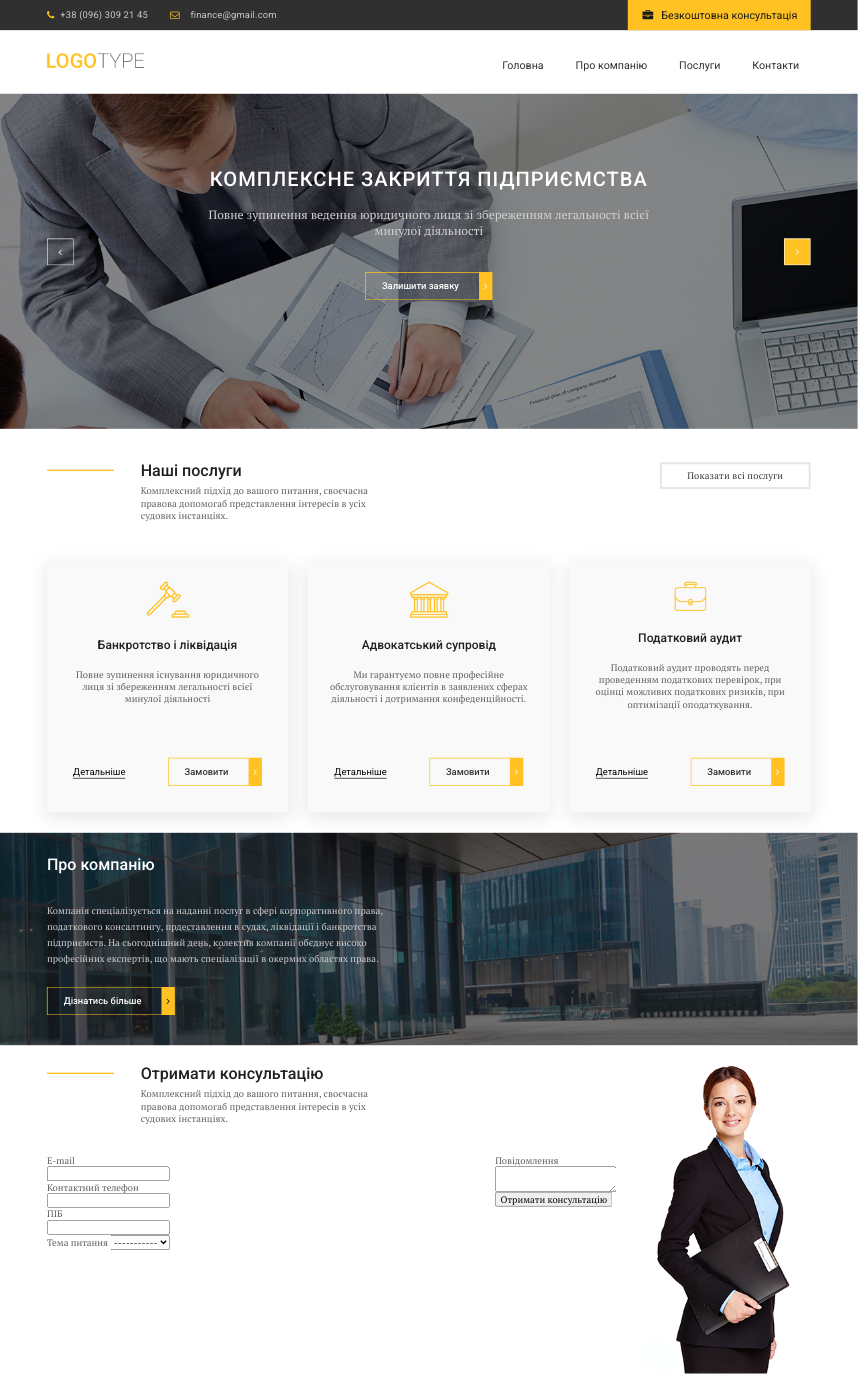
Repository: oliachipko/companysait
Page: index.html
An editor plug-in stored every save of this project. The page is shown before and after the next save, followed by the edit.
The browser window is 1280 px wide. The pictures show the whole page, at 67% of full size.

Above is the page before, as saved 2020-11-20 03:59:35.

### index.html
<!DOCTYPE html>
<html lang="en">
  <head>
    <meta charset="UTF-8" />
    <meta name="viewport" content="width=device-width, initial-scale=1.0" />
    <title>Document</title>
    <link rel="preconnect" href="https://fonts.gstatic.com" />
    <link href="https://fonts.googleapis.com/css2?family=PT+Serif:wght@400;700&family=Roboto:wght@400;500;700&display=swap"
      rel="stylesheet"/>
    <link rel="stylesheet" href="css/normalize.css" />
    <link rel="stylesheet" href="css/fonts.css" />
    <link rel="stylesheet" href="css/jquery.fancybox.min.css" />
    <link rel="stylesheet" href="css/slick.css" />
    <link rel="stylesheet" href="css/style.css" />
  </head>
  <body>
    <header class="header">
      <div class="header__top">
        <div class="container">
          <div class="header__contacts">
            <a class="header__phone" href="tel:380963092145">+38 (096) 309 21 45</a>
            <a class="header__email" href="#">finance@gmail.com</a>
            <a data-fancybox data-src="#modal" href="javascript:;" href="#" class="header__btn">
              Безкоштовна консультація
            </a>
          </div>
        </div>
      </div>
      <div class="header__content">
        <div class="container">
          <div class="header__content-inner">
            <div class="header__logo">
              <a href="#">
                <img src="img/logo.png" alt="" />
              </a>
            </div>
            <nav class="menu">
              <ul>
                <li><a href="#">Головна</a></li>
                <li><a href="#">Про компанію</a></li>
                <li><a href="#">Послуги</a></li>
                <li><a href="#">Контакти</a></li>
              </ul>
            </nav>
          </div>
        </div>
      </div>
    </header>
    <section class="slider">
      <div class="container">
        <div class="slider__inner">
          <div class="slider__item">
            <div class="slider__item-content">
              <div class="slider__title">КОМПЛЕКСНЕ ЗАКРИТТЯ ПІДПРИЄМСТВА</div>
              <div class="slider__text">
                Повне зупинення ведення юридичного лиця зі збереженням
                легальності всієї минулої діяльності
              </div>
              <a data-fancybox data-src="#modal" href="javascript:;" class="slider__btn default-btn">
                Залишити заявку
              </a>
            </div>
          </div>

          <div class="slider__item">
            <div class="slider__item-content">
              <div class="slider__title">КОМПЛЕКСНЕ ЗАКРИТТЯ ПІДПРИЄМСТВА</div>
              <div class="slider__text">
                Повне зупинення ведення юридичного лиця зі збереженням
                легальності всієї минулої діяльності
              </div>
              <a data-fancybox data-src="#modal" href="javascript:;" class="slider__btn default-btn">
                Залишити заявку
              </a>
            </div>
          </div>

          <div class="slider__item">
            <div class="slider__item-content">
              <div class="slider__title">КОМПЛЕКСНЕ ЗАКРИТТЯ ПІДПРИЄМСТВА</div>
              <div class="slider__text">
                Повне зупинення ведення юридичного лиця зі збереженням
                легальності всієї минулої діяльності
              </div>
              <a data-fancybox data-src="#modal" href="javascript:;"class="slider__btn default-btn">
                Залишити заявку
              </a>
            </div>
          </div>
        </div>
      </div>
    </section>
    <section class="services">
      <div class="container">
        <div class="services__top">
          <div class="services__title-box">
            <div class="services__title">Наші послуги</div>
            <div class="services__text">
              Комплексний підхід до вашого питання, своєчасна правова допомогаб
              представлення інтересів в усіх судових інстанціях.
            </div>
          </div>
          <div class="services__btn">
          <a href="" class="services__btn"> Показати всі послуги </a>
        </div>
      </div>
      <div class="services__items">
        <div class="services__item">
          <img src="img/about-1.png" alt="">
          <div class="services__item-title">
            Банкротство і ліквідація
          </div>
          <div class="services__item-text">
            Повне зупинення існування юридичного лиця зі збереженням легальності всієї
            минулої діяльності
          </div>
          <div class="services__item-btn">
            <a class="services__item-link" href="#">Детальніше</a>
            <a data-fancybox data-src="#modal" href="javascript:;" class="default-btn">
                Замовити
            </a>
          </div>
        </div>

        <div class="services__item">
          <img src="img/about-2.png" alt="">
          <div class="services__item-title">
            Адвокатський супровід
          </div>
          <div class="services__item-text">
            Ми гарантуємо повне професійне обслуговування клієнтів в заявлених сферах
            діяльності і дотримання конфеденційності.
          </div>
          <div class="services__item-btn">
            <a class="services__item-link" href="#">Детальніше</a>
            <a data-fancybox data-src="#modal" href="javascript:;" class="default-btn">
                Замовити
            </a>
          </div>
        </div>

        <div class="services__item">
          <img src="img/about-3.png" alt="">
          <div class="services__item-title">
            Податковий аудит
          </div>
          <div class="services__item-text">
            Податковий аудит проводять перед проведенням податкових перевірок, при оцінці можливих
            податкових ризиків, при оптимізації оподаткування.
          </div>
          <div class="services__item-btn">
            <a class="services__item-link" href="#">Детальніше</a>
            <a data-fancybox data-src="#modal" href="javascript:;" class="default-btn">
                Замовити
            </a>
          </div>
        </div>
      </div>
    </section>
    <section class="about">
      <div class="container">
        <div class="about__inner">
        <div class="about__title">
          Про компанію
        </div>
        <div class="about__text">
          Компанія спеціалізується на наданні послуг в сфері корпоративного права, податкового
          консалтингу, прдеставлення в судах, ліквідації і банкротства підприємств. На
          сьогоднішний день, колектив компанії обєднує
          високо професійних експертів, що мають
          спеціалізації в окермих областях права.

        </div>
        <a  href="#" class="about__btn default-btn">
          Дізнатись більше
      </a>

      </div>
    </div>
    </section>
    <section class="form">
     <div class="container">
       <div class="form__inner">
         <div class="form__content">
          <div class="form__title-box">
            <div class="form__title">
              Отримати консультацію
            </div>
            <div class="form__text">
              Комплексний підхід до вашого питання, своєчасна правова допомогаб
              представлення інтересів в усіх судових інстанціях.
            </div>
          </div>
          <div class="form__box">
            <form>
              <div class="form__box-inner">
                <div class="form__box-left">
                  <label>
                  E-mail
                    <input type="text">
                  </label>
                  <label>
                  Контактний телефон
                    <input type="text">
                  </label>
                  <label>
                  ПІБ
                    <input type="text">
                  </label>
                  <label>
                    Тема питання
                    <select>
                      <option>-----------</option>
                      <option>-----------</option>
                      <option>-----------</option>
                      <option>-----------</option>
                    </select>
                  </label>

                </div>
                <div class="form__box-right">
                  <label>
                    Повідомлення
                    <textarea></textarea>
                  </label>
                  <button type="submit">Отримати консультацію</button>
                </div>
              </div>
            </form>
          </div>

         </div>
       </div>
     </div>
    </section>




    <div id="modal">
      <h2>Hello!</h2>
      <p>You are awesome!</p>
    </div>

    <script src="https://ajax.googleapis.com/ajax/libs/jquery/3.5.1/jquery.min.js"></script>
    <script src="js/jquery.fancybox.min.js"></script>
    <script src="js/slick.min.js"></script>
    <script src="js/main.js"></script>
  </body>
</html>

### css/fonts.css
@font-face {
  font-family: 'icomoon';
  src:  url('../fonts/icomoon.eot?nqt5zc');
  src:  url('../fonts/icomoon.eot?nqt5zc#iefix') format('embedded-opentype'),
    url('../fonts/icomoon.ttf?nqt5zc') format('truetype'),
    url('../fonts/icomoon.woff?nqt5zc') format('woff'),
    url('../fonts/icomoon.svg?nqt5zc#icomoon') format('svg');
  font-weight: normal;
  font-style: normal;
  font-display: block;
}

[class^="icon-"], [class*=" icon-"] {
  /* use !important to prevent issues with browser extensions that change fonts */
  font-family: 'icomoon' !important;
  speak: never;
  font-style: normal;
  font-weight: normal;
  font-variant: normal;
  text-transform: none;
  line-height: 1;

  /* Better Font Rendering =========== */
  -webkit-font-smoothing: antialiased;
  -moz-osx-font-smoothing: grayscale;
}

.icon-envelope-o:before {
  content: "\f003";
}
.icon-check:before {
  content: "\f00c";
}
.icon-map-marker:before {
  content: "\f041";
}
.icon-phone:before {
  content: "\f095";
}
.icon-briefcase:before {
  content: "\f0b1";
}
.icon-bars:before {
  content: "\f0c9";
}
.icon-navicon:before {
  content: "\f0c9";
}
.icon-reorder:before {
  content: "\f0c9";
}
.icon-angle-left:before {
  content: "\f104";
}
.icon-angle-right:before {
  content: "\f105";
}
.icon-quote-left:before {
  content: "\f10d";
}
.icon-quote-right:before {
  content: "\f10e";
}
.icon-ellipsis-v:before {
  content: "\f142";
}

### css/style.css
* {
    box-sizing: border-box;
}

a{
    text-decoration: none;
    display: inline-block;
}

ul,
li{
    list-style: none;
    margin: 0;
    padding: 0;
}
.container{
    max-width: 1170px;
    margin: 0 auto;
    padding: 0 15px;
}

body{
    font-family: 'PT Serif', serif;
    /*font-family: 'Roboto', sans-serif;*/
    font-weight: 400px;
    font-size: 14px;
    line-height: 18px;
    color: #5e5e5e;

}
header {
    font-family: 'Roboto', sans-serif;
}
.header__top{
   background-color: #303030;
}
.header__btn {
    float: right;
    line-height: 36px;
    color: #1b1b1b;
    background-color: #ffc222;
    padding: 5px 20px 4px 50px;
    font-size: 16px;
    position: relative;
}
.header__btn:before {
    content: "\f0b1";
    font-family: 'icomoon';
    position: absolute;
    left: 22px;
    color: #1b1b1b;
}
.header__contacts:after {
    content: "";
    clear: both;
    display: block;
}
.header__phone,
.header__email {
    color:#cbcacb;
    letter-spacing: 0.25px;
    line-height: 45px;
    position: relative;
}
.header__phone {
    padding-left: 20px;
    padding-right: 30px;
}
.header__phone:before {
    content: "\f095";
    font-family: 'icomoon';
    position: absolute;
    left: 0;
    color: #ffc222;
}
.header__email{
    padding-left: 30px;
}
.header__email:before {
    content: "\f003";
    font-family: 'icomoon';
    position: absolute;
    left: 0;
    color: #ffc222;
}
.header__content {
    padding: 34px 0px 23px;
}
.header__content-inner{
    display: flex;
    justify-content: space-between;
}
.menu li {
    display: inline-block;
}
.menu a{
    color: #323232;
    font-size: 16px;
    line-height: 36px;
    border: 1px solid transparent;
    padding: 0px 16px;
    transition: all .3s;
}
.menu a:hover {
    border-color: #ffc222;
}
.menu li + li{
    padding-left: 10px;
}
#modal {
    display: none;
}
.slider{
    background-image: url(../img/slider-fon.jpg);
    background-repeat: no-repeat;
    background-size: cover;
    background-position: center;
    min-height: 500px;
}
.slider__item-content{
    text-align: center;
    padding-top: 110px;
    max-width: 665px;
    margin: 0 auto;
}
.slider__title{
    text-transform: uppercase;
    font-size: 30px;
    line-height: 36px;
    color: white;
    font-weight: 500;
    letter-spacing: 1.5px;
    margin-bottom: 22px;
    font-family: 'Roboto', sans-serif;
}
.slider__text{
    line-height: 24px;
    font-size: 18px;
    color: #d3d2d2;
    margin-bottom: 50px;
}

.default-btn {
    display: inline-block;
    color: white;
    font-size: 14px;
    line-height: 24px;
    font-weight: 500;
    font-family: 'Roboto', sans-serif;
    padding: 8px 30px 8px 24px;
    border: 1px solid #ffc222;
    border-right-width: 20px;
    position: relative;
    z-index: 2;
    outline: none;
}
.default-btn:after {
    content: "\f105";
    font-family: 'icomoon';
    position: absolute;
    top: 50%;
    transform: translateY(-50%);
    right: -12px;
}


.slider__inner {
    position: relative;
}
.slick-btn {
    position: absolute;
    top: 70%;
    z-index: 3;
    width: 40px;
    height: 40px;
    border: 1px solid white;
    cursor: pointer;
    outline: none;
    background-color: #ffc222;
}
.slick-btn.slick-disabled {
    cursor: default;
    background-color: transparent;

}
.slick-btn:before{
    position: absolute;
    top: 50%;
    left: 50%;
    transform: translate(-50%, -50%);
    font-family: 'icomoon';
    color: white;

}
.slick-next:before{
    content: "\f105";
}
.slick-prev:before {
    content: "\f104";
}
.slick-next{
    right: 0;
}
.slick-prev{
    left: 0;
}
.services {
    padding: 50px 0px 30px;
}
.services__top{
    display: flex;
    justify-content: space-between;
    margin-bottom: 60px;
}
.services__title-box,
.form__title-box{
    max-width: 520px;
    padding-left: 140px;
    position: relative;
}
.services__title-box:before,
.form__title-box:before {
    content: "";
    position: absolute;
    width: 100px;
    height: 2px;
    background-color: #ffc222;
    left: 0;
    top: 11px;
}
.services__title,
.form__title{
    font-size: 24px;
    font-weight: 500;
    line-height: 24px;
    color: #212020;
    font-family: 'Roboto', sans-serif;
    margin-bottom: 10px;
}
.services__text,
.form__text{
    letter-spacing: 0.1px;
}
.services__btn a{
    color: #373636;
    line-height: 24px;
    letter-spacing: 0.25px;
    padding: 5px 38px;
    border: 3px solid #e6e6e6;
}
.services__items {
    display: flex;
    justify-content: space-between ;
}
.services__item {
    max-width: 360px;
    text-align: center;
    padding: 30px 0px 80px;
    position: relative;
    min-height: 375px;
    background-color: #f9f9f9;
    box-shadow: 0px 7px 24.3px 2.7px rgba(91, 89, 89, 0.14);
}
.services__item-title{
    color: #212020;
    font-size: 18px;
    line-height: 24px;
    font-weight: 500;
    font-family: 'Roboto', sans-serif;
    padding: 24px 0;
}
.services__item-text{
    letter-spacing: 0.1px;
    padding: 0px 30px 30px;
}
.services__item-btn {
    position: absolute;
    bottom: 40px;
    left: 0;
    right: 0;
}
.services__item-btn .default-btn {
    color: #373636;

}
.services__item-btn .default-btn:after {
    color: #ffffff;
}
.services__item-link{
    color: #050505;
    font-family: 'Roboto', sans-serif;
    border-bottom: 1px solid #050505 ;
    margin-right: 60px;
}
.about {
    background-image: url(../img/about-fon.jpg);
    background-size: cover;
    background-position: center;
    min-height: 300px;
    background-repeat: no-repeat;
    padding: 25px 0px 45px;

}
.about__inner{
    max-width: 545px;
}
.about__title{
    padding: 10px 0px 25px;
    margin-bottom: 20px;
    font-size: 24px;
    line-height: 24px;
    color: #fff;
    font-weight: 500;
    font-family: 'Roboto', sans-serif;
}
.about__text {
    margin-bottom: 30px;
    letter-spacing: 0.1px;
    line-height: 24px;
    color: #d3d2d2;
}
.about__btn.default-btn:after {
    color: #000;
}
.form {
    padding-top: 30px;
}
.form__inner {
    padding-bottom: 40px;
    background-image: url(../img/form-fon.png);
    min-height: 460px;
    background-repeat: no-repeat;
    background-position: bottom right;
}
.form__box{
    max-width: 850px;
    padding-top: 45px;
}
.form__box-inner {
    display: flex;
    justify-content: space-between;
}
.form__box-left{
    max-width: 260px;

}
.form__box-right{
    max-width: 555px;
}
.form__box-inner label,
.form__box-inner input,
.form__box-inner textarea{
    display: block;
    width: 100%;
}

### js/main.js
$(function(){

$('.slider__inner').slick({
    nextArrow: '<button type="button" class="slick-btn slick-next"></button>',
    prevArrow: '<button type="button" class="slick-btn slick-prev"></button>',
    infinite: false

});


});

Loaded but not shown: css/normalize.css (library); css/jquery.fancybox.min.css (library); css/slick.css (common file); js/jquery.fancybox.min.js (library); js/slick.min.js (library)

After the next save:
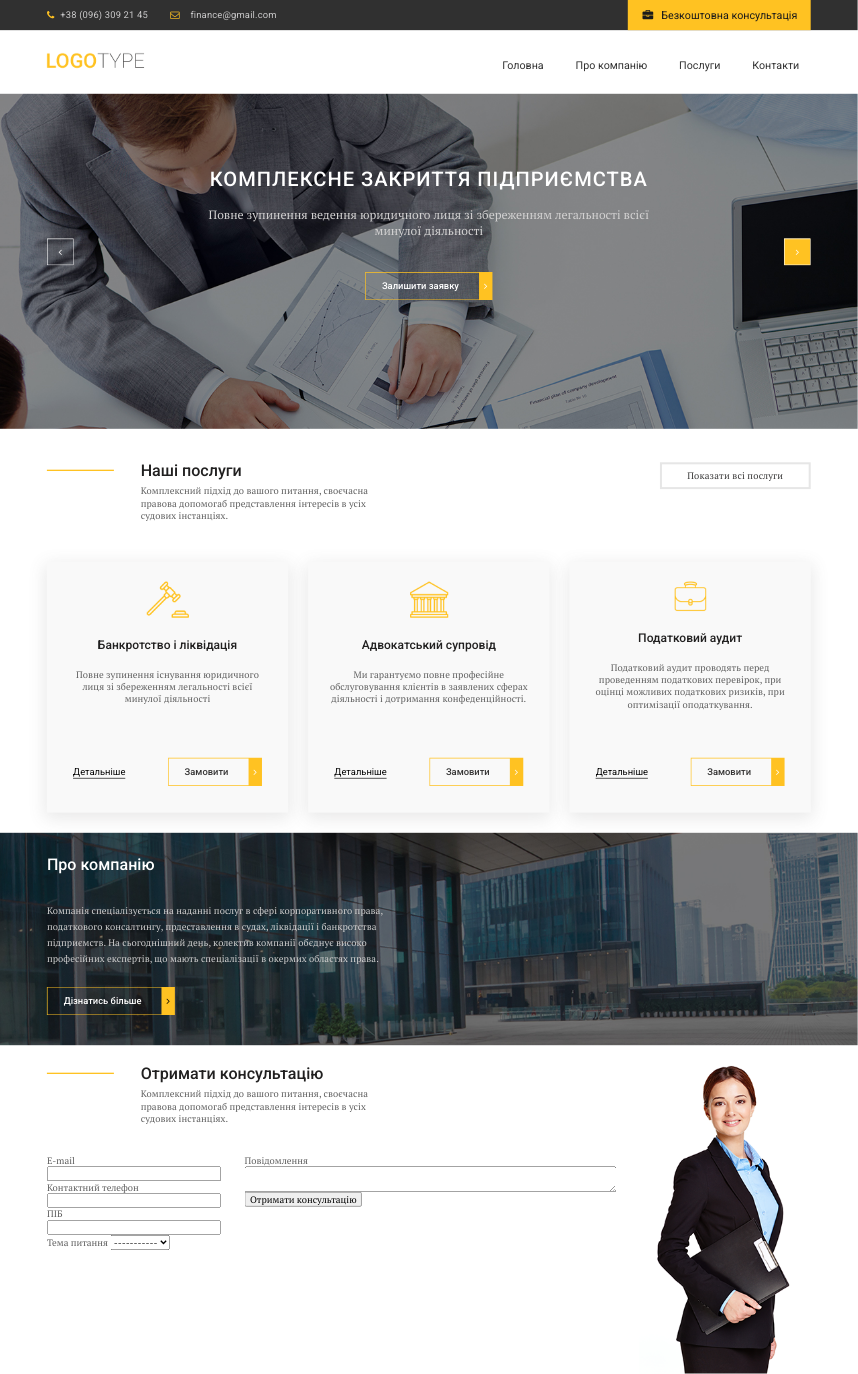
Saved 107 s later.
--- a/css/style.css
+++ b/css/style.css
@@ -342,10 +342,12 @@ header {
 }
 .form__box-left{
     max-width: 260px;
+    width: 100%;
 
 }
 .form__box-right{
     max-width: 555px;
+    width: 100%;
 }
 .form__box-inner label,
 .form__box-inner input,
